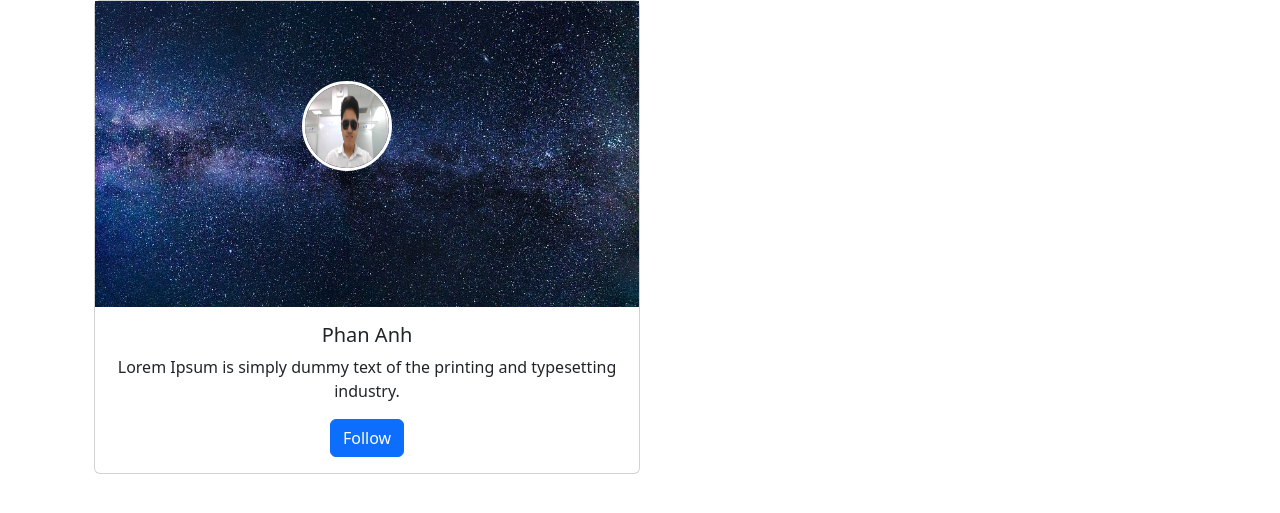
Repository: NPhanA/React2022
Page: / (app in Day 03-React/exercise/)
These files come from the project's save history. The page is drawn as it stood at one moment and after the next save; the edit follows.
The browser window is 1280 px wide. The pictures show the whole page.
The project was rebuilt for these pictures with package versions that can differ from the ones it lists, and the page was loaded fresh each time. Also part of the build but not shown: Day 03-React/exercise/src/App.css, Day 03-React/exercise/src/App.js, Day 03-React/exercise/src/Components/UserAgent.js.

Above is the page before, as saved 2022-07-26 16:40:13.

### Day 03-React/exercise/src/index.js
import React from 'react';
import ReactDOM from 'react-dom/client';
import './index.css';
import App from './App';
import reportWebVitals from './reportWebVitals';
import 'bootstrap/dist/css/bootstrap.min.css';
import {createRoot} from 'react-dom/client';
import UserAgent from './Components/UserAgent';
import App1 from './Components/ProfileCard';
import ProfileCard from './Components/ProfileCard';
const container = document.getElementById('root');
const root = createRoot(container);
root.render(<ProfileCard />);

### Day 03-React/exercise/src/Components/ProfileCard.js
import avatar from '../Pictures/Avatar.jpg';
import space from '../Pictures/Space.jpg';

function ProfileCard() {
    return (
        <div className="container ">
            <div className="row mx-auto">
                <div className="col-xs-12 col-xxl-6 mx-auto">
        <div className="card w-50 text-center" >
        <div className="upper">
                <img src={space} className="img-fluid"></img>
              </div>
              <div className="user text-center">
                <div className="profile">
                  <img src={avatar} className="rounded-circle position-absolute" width="80" style={{
        top:"80px",
        left: "38%",
        height: "90px",
        width: "90px",
        border:"3px solid #fff",
        borderradius: "50%"}}></img>
                </div>
              </div>
        <div className="card-body">
          <h5 className="card-title">Phan Anh</h5>
          <p className="card-text">Lorem Ipsum is simply dummy text of the printing and typesetting industry.</p>
          <a href="#" className="btn btn-primary">Follow</a>
        </div>
      </div>
      </div>
      </div>
      </div>
    );
  }

  export default ProfileCard;

Loaded but not shown: Day 03-React/exercise/public/index.html (common file); Day 03-React/exercise/src/index.css (common file); Day 03-React/exercise/src/reportWebVitals.js (common file)

After the next save:
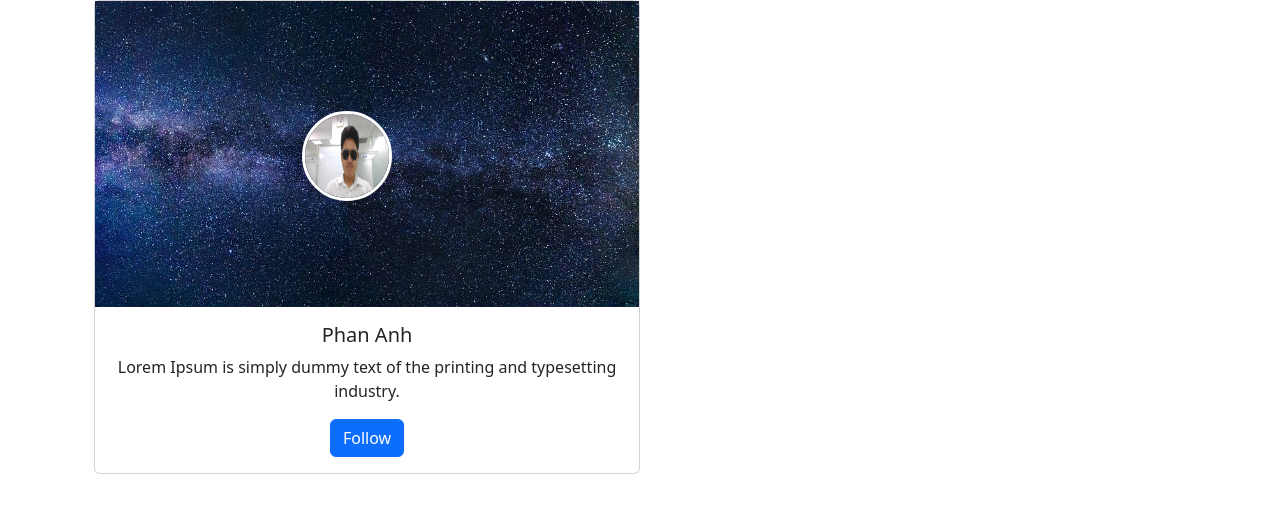
Saved 5 s later.
--- a/Day 03-React/exercise/src/Components/ProfileCard.js
+++ b/Day 03-React/exercise/src/Components/ProfileCard.js
@@ -13,7 +13,7 @@ function ProfileCard() {
               <div className="user text-center">
                 <div className="profile">
                   <img src={avatar} className="rounded-circle position-absolute" width="80" style={{
-        top:"80px",
+        top:"110px",
         left: "38%",
         height: "90px",
         width: "90px",
